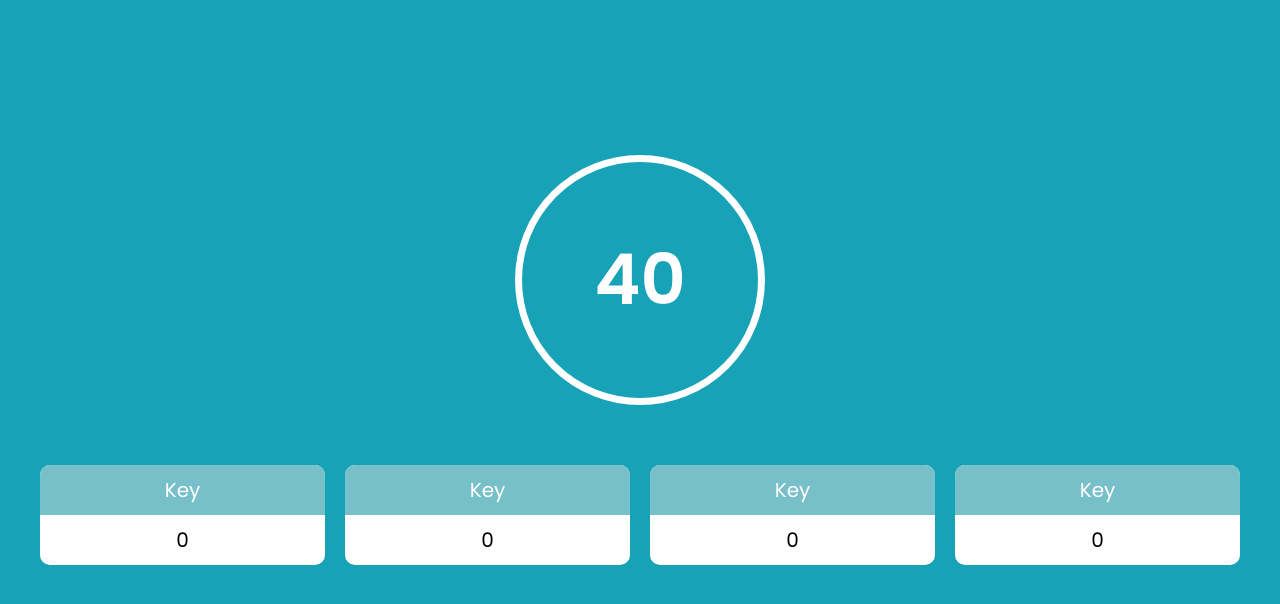
Repository: congnt98/Lean-javascript-in-project
Page: 30Days/6_Keydown/index.html
These files come from the project's save history. The page is drawn as it stood at one moment and after the next save; the edit follows.
The browser window is 1280 px wide. The pictures show the whole page.

Above is the page before, as saved 2024-02-23 15:10:19.

After the next save:
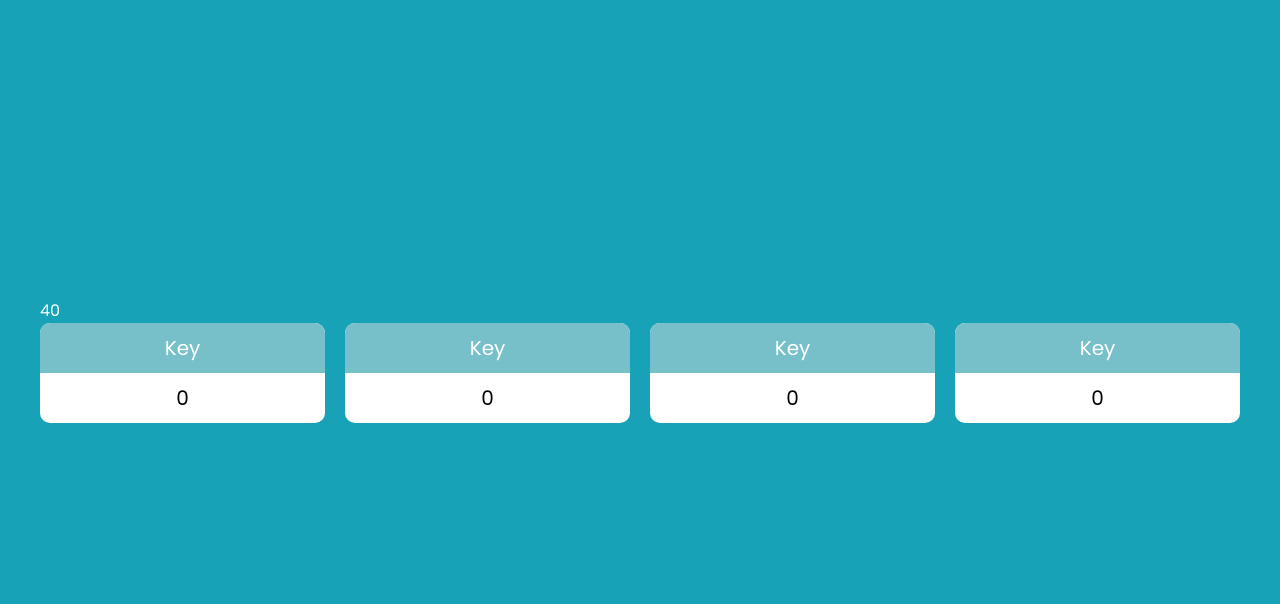
Saved 3 s later.
--- a/30Days/6_Keydown/index.html
+++ b/30Days/6_Keydown/index.html
@@ -19,7 +19,7 @@
             Press Any Key
         </button>
         <div class="box">
-            <div class="resuft">
+            <div class="result">
                 40
             </div>
             <div class="detail">

After the save that followed:
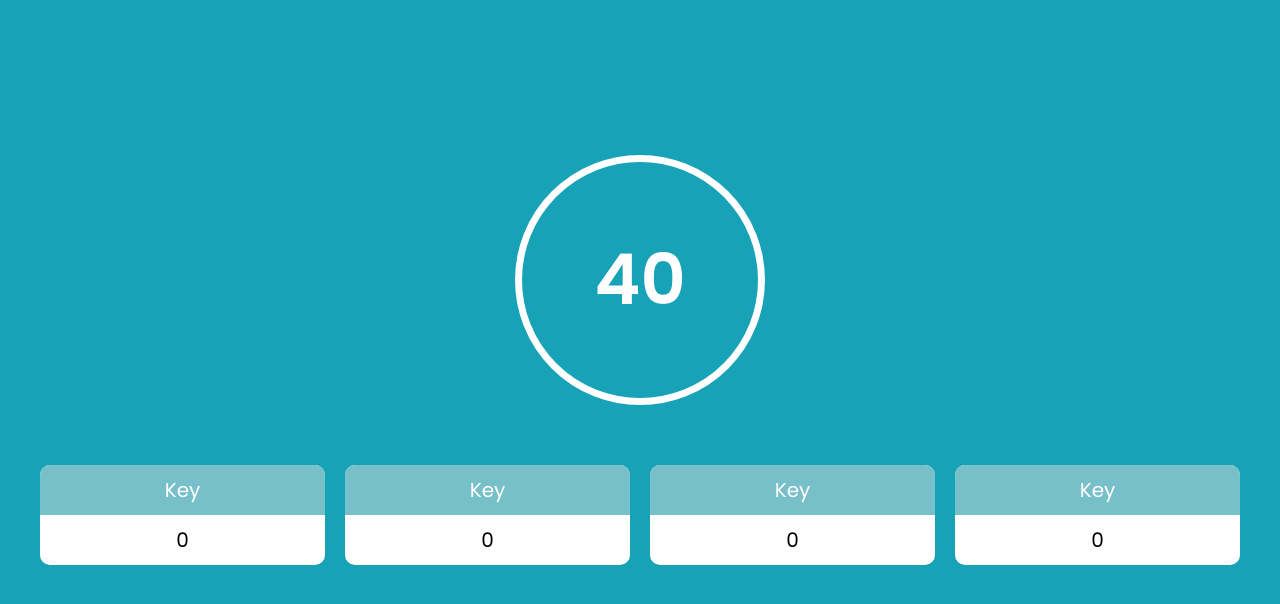
Saved 7 s later.
--- a/30Days/6_Keydown/style.css
+++ b/30Days/6_Keydown/style.css
@@ -46,7 +46,7 @@ body {
     width: 100%;
 }
 
-.box .resuft {
+.box .result {
     width: 250px;
     height: 250px;
     border: 7px solid #fff;
